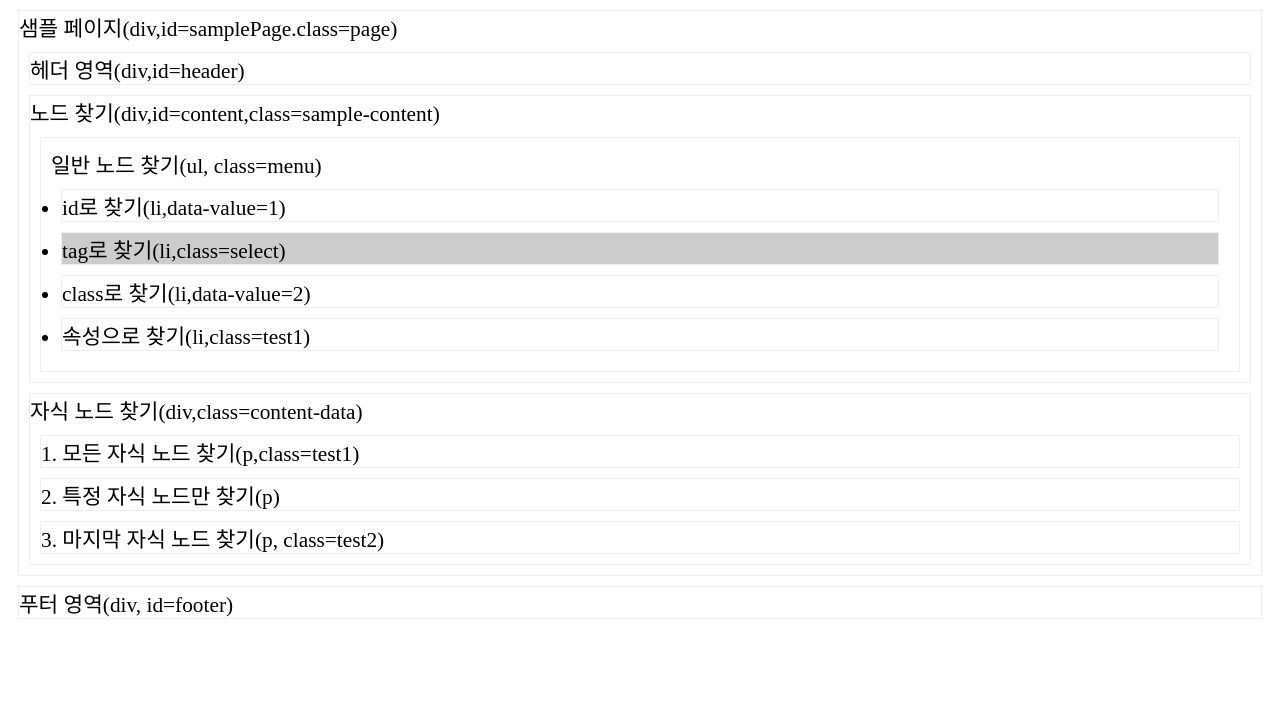
Repository: swc0516s/EZEN-JS
Page: JavaScript Workspace Lecture/JavaScript_jQuery_03/WebContent/Chapter01/1_05_1.html
The author's editor kept a copy of each file at every save. The page is drawn from the files as they stood at one save, then again after the next save.
The browser window is 1280 px wide. The pictures show the whole page.

Above is the page before, as saved 2022-03-17 03:29:25.

After the next save:
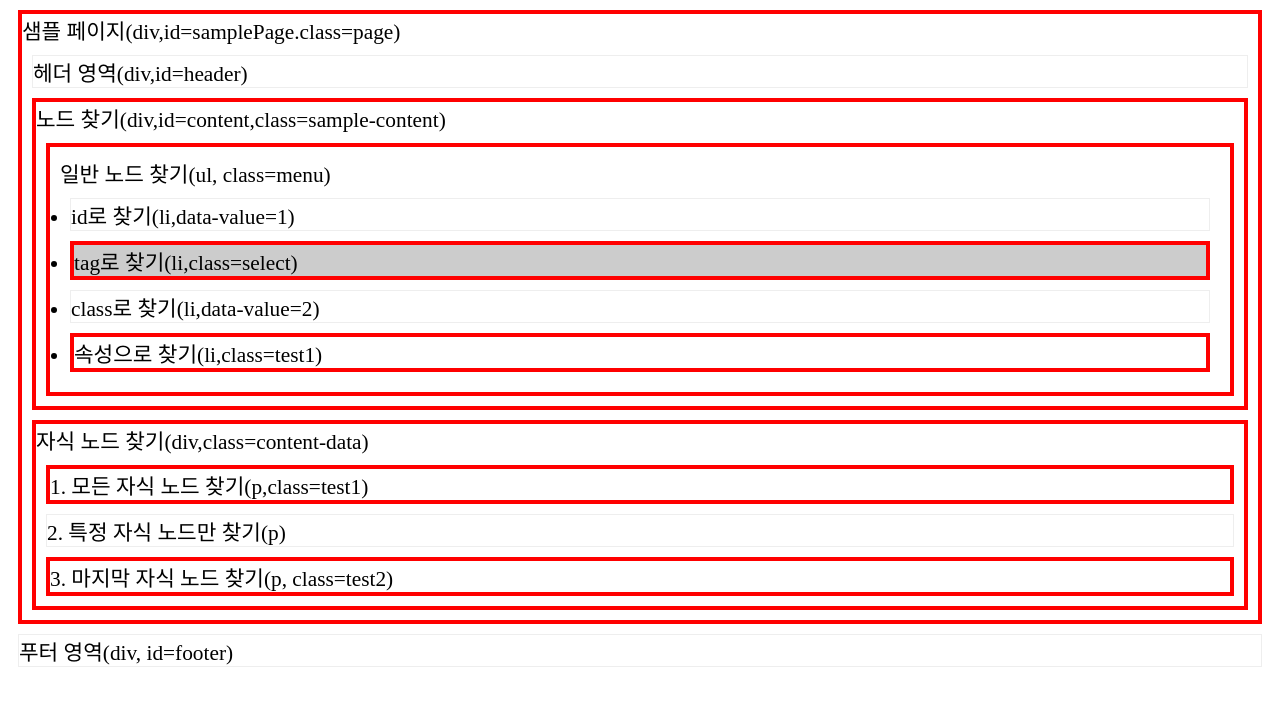
Saved 52 s later.
--- a/JavaScript Workspace Lecture/JavaScript_jQuery_03/WebContent/Chapter01/1_05_1.html
+++ b/JavaScript Workspace Lecture/JavaScript_jQuery_03/WebContent/Chapter01/1_05_1.html
@@ -31,7 +31,7 @@
 		header.style.border = "4px solid #f00";
 	}*/
 	$(document).ready(function() {
-		$("").css("border", "4px solid #ff0000");
+		$("[class]").css("border", "4px solid #ff0000");
 	});
 </script>
 </head>

After the save that followed:
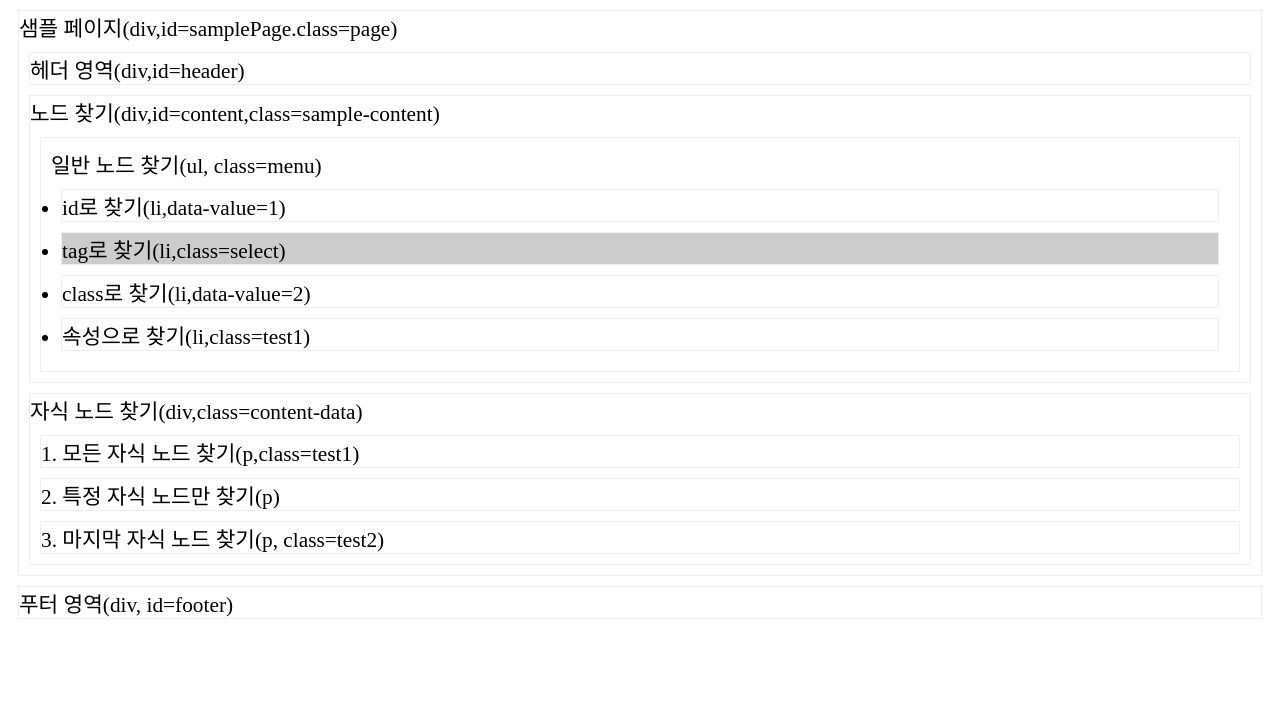
Console error: SyntaxError: Unexpected token ':'
Saved 3 min 53 s later.
--- a/JavaScript Workspace Lecture/JavaScript_jQuery_03/WebContent/Chapter01/1_05_1.html
+++ b/JavaScript Workspace Lecture/JavaScript_jQuery_03/WebContent/Chapter01/1_05_1.html
@@ -24,12 +24,13 @@
 </style>
 <script type="text/javascript" src="../libs/jquery-3.6.0.min.js"></script>
 <script type="text/javascript">
+-$("E[A]"):속성 A를 포함한 모든 E노드 선택
+-$("E[A=V]"):속성 A의 값이 V인 모든 E노드 선택
+-$("E[A^=V]"):속성 A의 값이 V로 시작하는 모든 E노드 선택
+-$("E[A$=V]"):속성 A의 값이 V로  끝나는 모든 E노드 선택
+-$("E[A*=V]"):속성 A를 포함한 모든 E노드 선택
+
 	// 문서에서 클래스가 적용된 모든 노드를 찾아 border를 4px solid #f00 으로 변경
-	/*
-	window.onload = function() {
-		var header = document.getElementById("header");
-		header.style.border = "4px solid #f00";
-	}*/
 	$(document).ready(function() {
 		$("[class]").css("border", "4px solid #ff0000");
 	});
